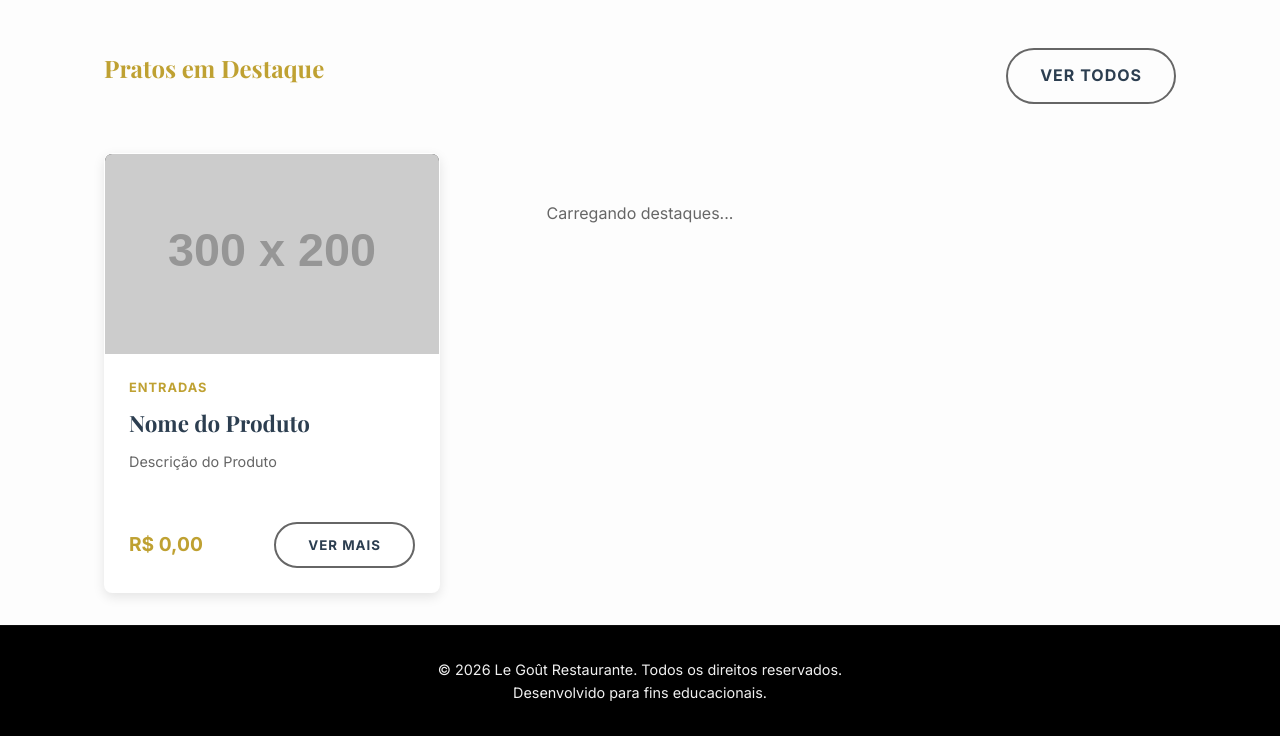
Repository: leandroFilipy/FE-refazendo-prova
Page: index.html
The author's editor kept a copy of each file at every save. The page is drawn from the files as they stood at one save, then again after the next save.
The browser window is 1280 px wide. The pictures show the part of the page from y = 481 to 1217 px (the page is 1217 px tall before and 777 px after).
The page's requests for data from a server got no answer.

Above is the page before, as saved 2026-05-25 20:07:44.
Console error: ReferenceError: loadFeaturedProducts is not defined

### index.html
<!DOCTYPE html>
<html lang="pt-BR">

<head>
    <meta charset="UTF-8">
    <meta name="viewport" content="width=device-width, initial-scale=1.0">
    <title>Le Goût - Restaurante Sofisticado</title>
    <!-- Fonts -->
    <link rel="preconnect" href="https://fonts.googleapis.com">
    <link rel="preconnect" href="https://fonts.gstatic.com" crossorigin>
    <link href="https://fonts.googleapis.com/css2?family=Inter:wght@400;500;700&family=Playfair+Display:wght@400;700&display=swap" rel="stylesheet">
    <!-- Styles -->
    <link rel="stylesheet" href="style.css">
    <!-- FontAwesome for Icons -->
    <link rel="stylesheet" href="https://cdnjs.cloudflare.com/ajax/libs/font-awesome/6.0.0/css/all.min.css">
</head>

<body>
    <header>
        <div class="logo">Le Goût</div>
        <nav>
            <ul>
                <li><a href="menu.html">Cardápio</a></li>
            </ul>
        </nav>
    </header>

    <main>
        <section class="hero">
            <h1>Sabor Inesquecível</h1>
            <p>Descubra a harmonia perfeita entre a culinária clássica e a inovação moderna em cada prato.</p>
            <a href="menu.html" class="btn">Ver Cardápio Completo</a>
        </section>

        <section id="secao-destaques">
            <div class="section-header">
                <h2>Pratos em Destaque</h2>
                <a href="menu.html" class="btn btn-secondary">Ver Todos</a>
            </div>

            <div id="destaques-showcase" class="grid">
                <!-- Conteúdo carregado via JS -->
                <div class="card" onclick="window.location.href='detail.html?id=${product.id}'" style="cursor: pointer">
                    <img src="https://placehold.co/300x200?text=Sem+Imagem" alt="Nome do Produto" class="card-image" onerror="this.src='https://placehold.co/300x200?text=Sem+Imagem'">
                    <div class="card-body">
                        <span class="card-category text-muted">Entradas</span>
                        <h3 class="card-title">Nome do Produto</h3>
                        <p class="card-desc">Descrição do Produto</p>
                        <div class="card-footer">
                            <span class="price">R$ 0,00</span>
                            <button class="btn btn-secondary" onclick="event.stopPropagation(); window.location.href='detail.html?id=${product.id}'">
                                Ver Mais
                            </button>
                        </div>
                    </div>
                </div>

                <div class="loading">Carregando destaques...</div>
            </div>
        </section>
    </main>

    <footer>
        <p>&copy; 2026 Le Goût Restaurante. Todos os direitos reservados.</p>
        <p>Desenvolvido para fins educacionais.</p>
    </footer>
    <script src="/app.js"></script>
    <script>
        // Specific init for Home page
        document.addEventListener('DOMContentLoaded', () => {
            loadFeaturedProducts();
        });
    </script>
</body>

</html>

### style.css
/* Global Styles */
:root {
    /* Light Theme as Default */
    --primary-color: #bfa132; /* Slightly darker gold for white bg */
    --secondary-color: #f0f0f0;
    --background-color: #fdfdfd;
    --card-background: #ffffff;
    --text-color: #2c3e50;
    --text-muted: #666666;
    --accent-color: #e74c3c;
    --success-color: #27ae60;
    --border-radius: 8px;
    --shadow: 0 4px 12px rgba(0, 0, 0, 0.1);
    --transition: all 0.3s ease;
    --font-heading: 'Playfair Display', serif;
    --font-body: 'Inter', sans-serif;
}


* {
    box-sizing: border-box;
    margin: 0;
    padding: 0;
}

body {
    background-color: var(--background-color);
    color: var(--text-color);
    font-family: var(--font-body);
    line-height: 1.6;
    display: flex;
    flex-direction: column;
    min-height: 100vh;
}

h1, h2, h3, h4, h5, h6 {
    font-family: var(--font-heading);
    color: var(--primary-color);
    margin-bottom: 1rem;
}

a {
    text-decoration: none;
    color: inherit;
    transition: var(--transition);
}

ul {
    list-style: none;
}

img {
    max-width: 100%;
    display: block;
}

button {
    cursor: pointer;
    font-family: var(--font-body);
    border: none;
    outline: none;
}

/* Header & Navigation */
header {
    background-color: rgba(30, 30, 30, 0.95);
    padding: 1rem 5%;
    position: sticky;
    top: 0;
    z-index: 1000;
    backdrop-filter: blur(10px);
    box-shadow: 0 2px 10px rgba(0,0,0,0.3);
    display: flex;
    justify-content: space-between;
    align-items: center;
}

.logo {
    font-family: var(--font-heading);
    font-size: 1.8rem;
    font-weight: bold;
    color: var(--primary-color);
}

nav ul {
    display: flex;
    gap: 2rem;
}

nav a {
    font-weight: 500;
    position: relative;
    color: var(--secondary-color);
}

nav a:hover, nav a.active {
    color: var(--secondary-color);
}

nav a::after {
    content: '';
    position: absolute;
    width: 0;
    height: 2px;
    bottom: -4px;
    left: 0;
    background-color: var(--primary-color);
    transition: var(--transition);
}

nav a:hover::after, nav a.active::after {
    width: 100%;
}

/* Main Content */
main {
    flex: 1;
    padding: 2rem 5%;
    width: 100%;
    max-width: 1200px;
    margin: 0 auto;
}

/* Hero Section (Home) */
.hero {
    text-align: center;
    padding: 4rem 0;
    background: linear-gradient(rgba(0,0,0,0.6), rgba(0,0,0,0.6)), url('https://images.unsplash.com/photo-1514933651103-005eec06c04b?ixlib=rb-1.2.1&auto=format&fit=crop&w=1934&q=80');
    background-size: cover;
    background-position: center;
    border-radius: var(--border-radius);
    margin-bottom: 3rem;
    border: 1px solid rgba(212, 175, 55, 0.3);
}

.hero h1 {
    font-size: 3rem;
    margin-bottom: 1rem;
    color: #fff;
    text-shadow: 2px 2px 4px rgba(0,0,0,0.5);
}

.hero p {
    font-size: 1.2rem;
    margin-bottom: 2rem;
    color: #ddd;
    max-width: 600px;
    margin-left: auto;
    margin-right: auto;
}

.btn {
    display: inline-block;
    padding: 0.8rem 2rem;
    background-color: var(--primary-color);
    color: var(--secondary-color);
    font-weight: bold;
    border-radius: 50px;
    text-transform: uppercase;
    letter-spacing: 1px;
    transition: var(--transition);
    border: 2px solid var(--primary-color);
}

.btn:hover {
    background-color: transparent;
    color: var(--primary-color);
    transform: translateY(-3px);
    box-shadow: 0 5px 15px rgba(212, 175, 55, 0.3);
}

.btn-secondary {
    background-color: transparent;
    border: 2px solid var(--text-muted);
    color: var(--text-color);
}

.btn-secondary:hover {
    border-color: var(--text-color);
    background-color: rgba(255,255,255,0.1);
}

.btn-danger {
    background-color: var(--accent-color);
    border-color: var(--accent-color);
    color: white;
}

.btn-danger:hover {
    background-color: #c0392b;
}

/* Section Headers */
.section-header {
    margin-bottom: 2rem;
    display: flex;
    justify-content: space-between;
    align-items: center;
    border-bottom: 1px solid rgba(255,255,255,0.1);
    padding-bottom: 1rem;
}

/* Grid Layouts */
.grid {
    display: grid;
    grid-template-columns: repeat(auto-fill, minmax(300px, 1fr));
    gap: 2rem;
}

/* Product Card */
.card {
    background-color: var(--card-background);
    border-radius: var(--border-radius);
    overflow: hidden;
    box-shadow: var(--shadow);
    transition: var(--transition);
    border: 1px solid rgba(255,255,255,0.05);
    display: flex;
    flex-direction: column;
}

.card:hover {
    transform: translateY(-5px);
    box-shadow: 0 10px 20px rgba(0,0,0,0.4);
    border-color: var(--primary-color);
}

.card-image {
    width: 100%;
    height: 200px;
    object-fit: cover;
    background-color: #333;
}

.card-body {
    padding: 1.5rem;
    flex: 1;
    display: flex;
    flex-direction: column;
}

.card-category {
    font-size: 0.8rem;
    color: var(--primary-color);
    text-transform: uppercase;
    letter-spacing: 1px;
    margin-bottom: 0.5rem;
    font-weight: bold;
}

.card-title {
    font-size: 1.4rem;
    margin-bottom: 0.5rem;
    color: var(--text-color);
}

.card-desc {
    color: var(--text-muted);
    font-size: 0.9rem;
    margin-bottom: 1rem;
    flex: 1;
    display: -webkit-box;
    -webkit-line-clamp: 3;
    -webkit-box-orient: vertical;
    overflow: hidden;
}

.card-footer {
    display: flex;
    justify-content: space-between;
    align-items: center;
    margin-top: 1rem;
    padding-top: 1rem;
    border-top: 1px solid rgba(255,255,255,0.1);
}

.price {
    font-size: 1.2rem;
    font-weight: bold;
    color: var(--primary-color);
}

/* Filters */
.filters {
    display: flex;
    gap: 1rem;
    margin-bottom: 2rem;
    flex-wrap: wrap;
    justify-content: center;
}

.filter-btn {
    padding: 0.5rem 1.5rem;
    background-color: transparent;
    border: 1px solid var(--text-muted);
    color: var(--text-muted);
    border-radius: 50px;
    transition: var(--transition);
}

.filter-btn:hover, .filter-btn.active {
    background-color: var(--primary-color);
    color: var(--secondary-color);
    border-color: var(--primary-color);
}

/* Details Page */
.detail-container {
    display: flex;
    gap: 3rem;
    background-color: var(--card-background);
    padding: 2rem;
    border-radius: var(--border-radius);
    box-shadow: var(--shadow);
    align-items: center;
}

.detail-image {
    width: 50%;
    border-radius: var(--border-radius);
    max-height: 500px;
    object-fit: cover;
}
.detail-info {
    width: 50%;
}
.detail-price {
    font-size: 2rem;
    color: var(--primary-color);
    margin: 1.5rem 0;
    font-weight: bold;
}
.badge {
    display: inline-block;
    padding: 0.3rem 0.8rem;
    background-color: var(--primary-color);
    color: var(--secondary-color);
    border-radius: 4px;
    font-size: 0.8rem;
    font-weight: bold;
    text-transform: uppercase;
}

/* Admin/Form */
.form-container {
    background-color: var(--card-background);
    padding: 2rem;
    border-radius: var(--border-radius);
    max-width: 600px;
    margin: 0 auto 3rem auto;
}

.form-group {
    margin-bottom: 1.5rem;
}

.form-group label {
    display: block;
    margin-bottom: 0.5rem;
    color: var(--text-muted);
}

.form-control {
    width: 100%;
    padding: 0.8rem;
    background-color: rgba(255,255,255,0.05);
    border: 1px solid rgba(255,255,255,0.1);
    border-radius: 4px;
    color: var(--text-color);
    font-family: var(--font-body);
}

.form-control:focus {
    border-color: var(--primary-color);
    outline: none;
    background-color: rgba(255,255,255,0.1);
}

table {
    width: 100%;
    border-collapse: collapse;
    background-color: var(--card-background);
    border-radius: var(--border-radius);
    overflow: hidden;
}

th, td {
    padding: 1rem;
    text-align: left;
    border-bottom: 1px solid rgba(255,255,255,0.1);
}

th {
    background-color: rgba(212, 175, 55, 0.1);
    color: var(--primary-color);
    font-weight: bold;
}

tr:hover {
    background-color: rgba(255,255,255,0.02);
}

.action-btn {
    padding: 0.4rem 0.8rem;
    border-radius: 4px;
    font-size: 0.8rem;
    margin-right: 0.5rem;
}

/* Footer */
footer {
    background-color: #000;
    padding: 2rem 5%;
    text-align: center;
    color: var(--secondary-color);
    font-size: 0.9rem;
    border-top: 1px solid rgba(255,255,255,0.05);
    margin-top: auto;
}

/* Loading/Error States */
.loading {
    text-align: center;
    padding: 3rem;
    color: var(--text-muted);
}
.error-msg {
    color: var(--accent-color);
    text-align: center;
    padding: 2rem;
    border: 1px solid var(--accent-color);
    border-radius: var(--border-radius);
    background-color: rgba(231, 76, 60, 0.1);
}

/* Responsive */
@media (max-width: 768px) {
    .detail-container {
        flex-direction: column;
    }
    .detail-image, .detail-info {
        width: 100%;
    }
    .hero h1 {
        font-size: 2rem;
    }
    nav ul {
        flex-direction: column;
        gap: 1rem;
        display: none; /* Mobile menu hidden by default - simplified for this demo */
    }
    .grid {
        grid-template-columns: 1fr;
    }
}

### app.js
async function carregar6() {

    const  container = document.querySelector("#destaques-showcase")
    container.innerHTML = ""

    try{

        const resposta = await fetch ("https://api-restaurante-5iqb.onrender.com/api/produtos")
        const data = await resposta.json()

        const destacados = data.filter(produto => produto.destacados === true)

        destacados.forEach(produto => {

            container.innerHTML += `
            <div class="card" onclick="window.location.href='detail.html?id=${produto.id}'" style="cursor: pointer">
                    <img src=${produto.imagem} alt=${produto.imagem} class="card-image" onerror="this.src='https://placehold.co/300x200?text=Sem+Imagem'">
                    <div class="card-body">
                        <span class="card-category text-muted">${produto.categoria}</span>
                        <h3 class="card-title">${produto.nome}</h3>
                        <p class="card-desc">${produto.descricao}</p>
                        <div class="card-footer">
                            <span class="price">R$ ${produto.preco.toFixed(2).replace(".", ",")}</span>
                            <button class="btn btn-secondary" onclick="event.stopPropagation(); window.location.href='detail.html?id=${produto.id}'">
                                Ver Mais
                            </button>
                        </div>
                    </div>
                </div>
            `
        });

        /*for(let i =0; i<6; i++){

                container.innerHTML += `

                `
            }
        */




    }catch(error){
        console.log("erro foi: " + error)
    }

}

After the next save:
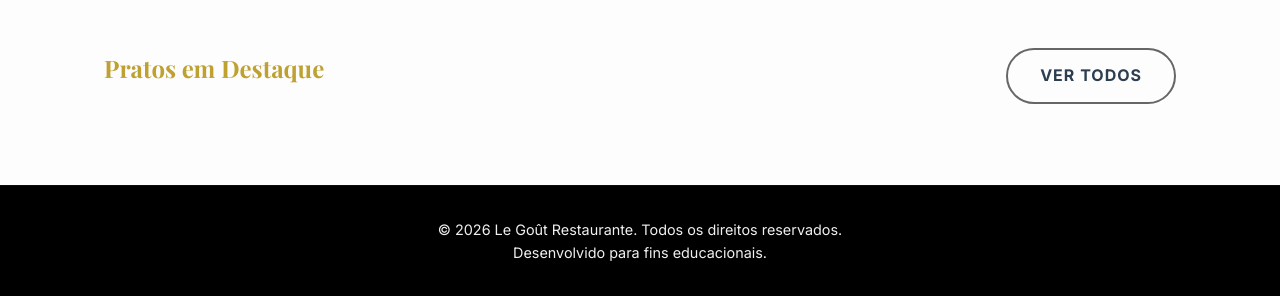
The error is gone.
Saved 54 s later.
--- a/index.html
+++ b/index.html
@@ -68,7 +68,7 @@
     <script>
         // Specific init for Home page
         document.addEventListener('DOMContentLoaded', () => {
-            loadFeaturedProducts();
+            carregar6();
         });
     </script>
 </body>
